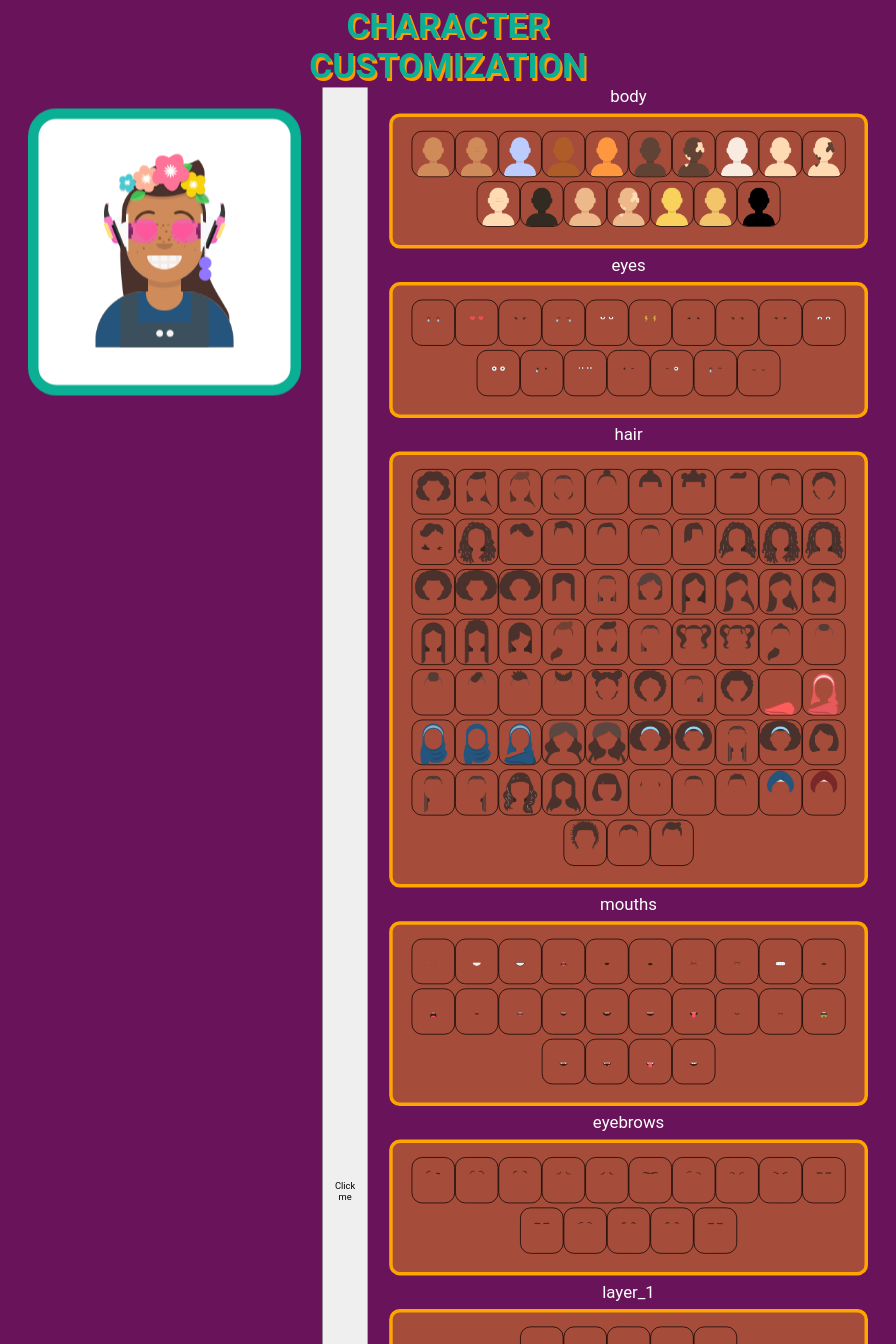
Repository: Kamaric112/react_clothing
Page: /
These files come from the project's save history. The page is drawn as it stood at one moment and after the next save; the edit follows.
The browser window is 1280 px wide. The pictures show the part of the page from y = 0 to 1920 px (the page is 3287 px tall), at 70% of full size.
The project was rebuilt for these pictures with package versions that can differ from the ones it lists, and the page was loaded fresh each time.

Above is the page before, as saved 2022-08-29 21:04:22.

After the next save:
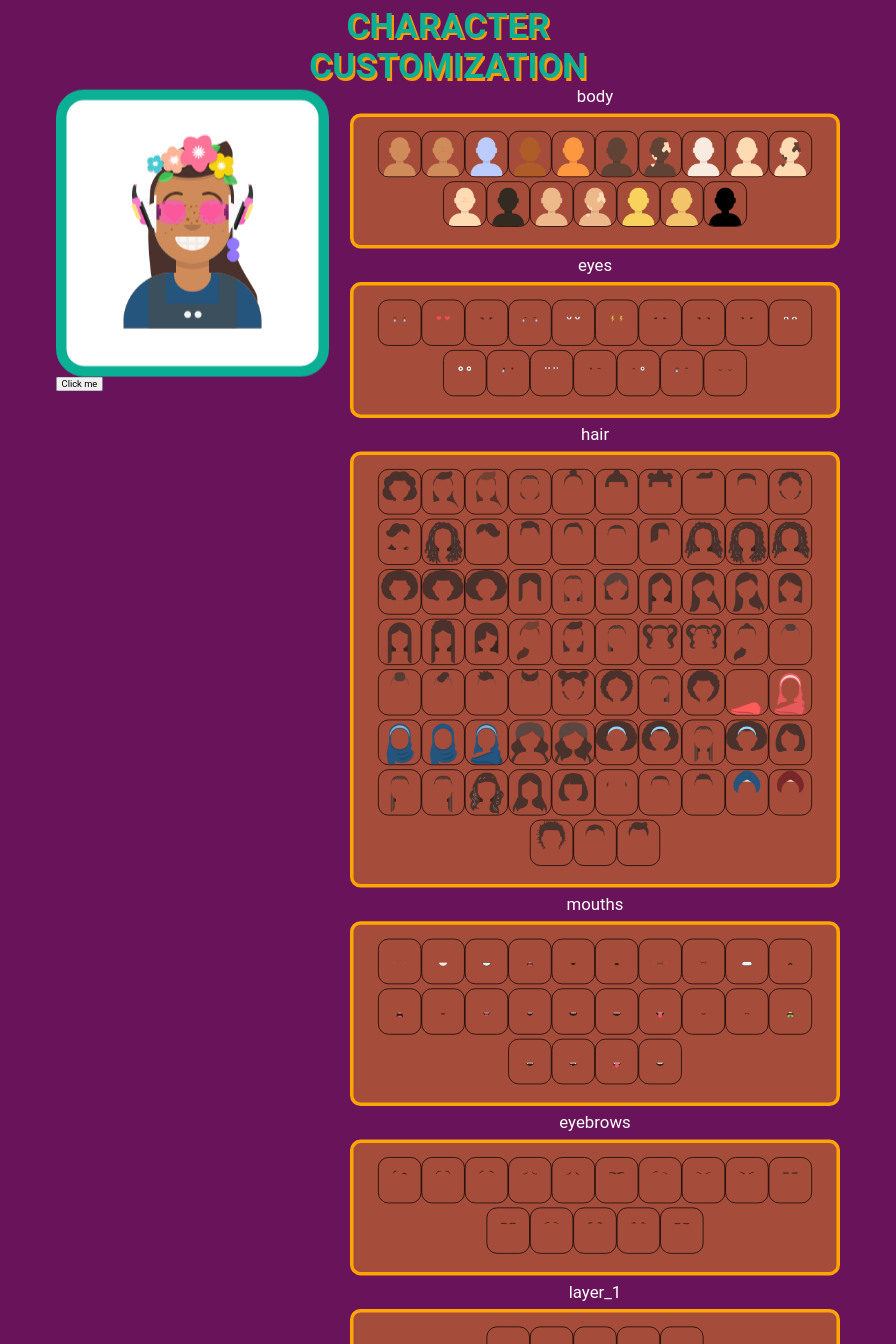
Saved 45 s later.
--- a/src/components/App.js
+++ b/src/components/App.js
@@ -62,8 +62,11 @@ const handleClick = (e) => {
     <div className="App">
       <Header />
       <div className="total-style">
+        <div className="avatartotal">
         <Avatar eyes = {eyes} body = {body} layer_1 = {layer_1} layer_2 = {layer_2} layer_3 ={layer_3} mouths = {mouths} glasses = {glasses} hair = {hair} earrings = {earrings} hats = {hats} eyebrows= {eyebrows}/>
         <button onClick={randomize}>Click me </button>
+
+        </div>
 
         <div>
         <PartList type = "body" total ="17" index = "1" handleClick={(e) => setBody(e.target.src.split('/').pop().split('.')[0])} />
